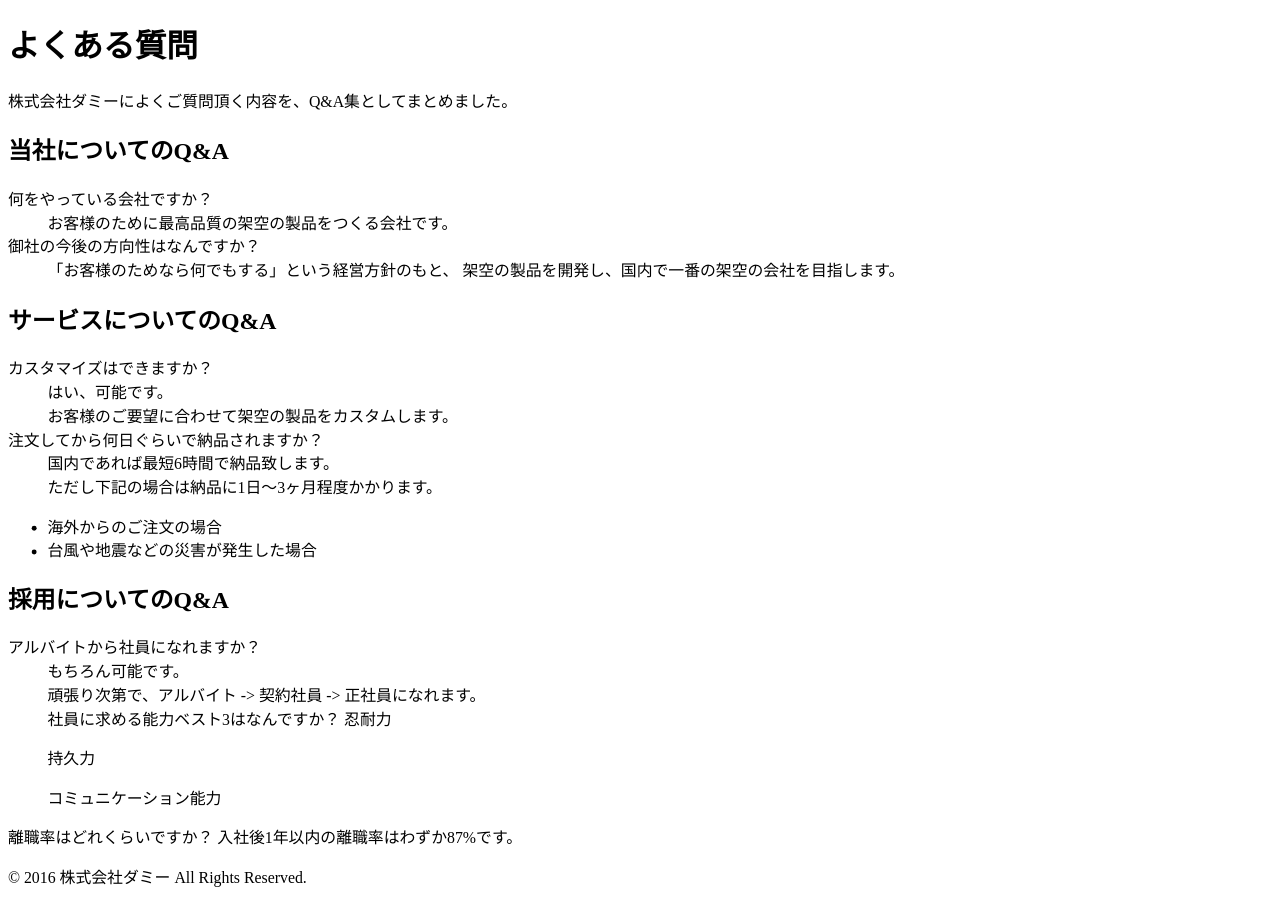
Repository: winc1980/practice-hp2022-wednesday
Page: ruka/practice1.html
The author's editor kept a copy of each file at every save. The page is drawn from the files as they stood at one save, then again after a run of saves.
The browser window is 1280 px wide. The pictures show the whole page, at 99% of full size.

Above is the page before, as saved 2022-05-26 00:27:52.

### ruka/practice1.html
<!DOCTYPE html>
<html lang="ja">
<head>
    <meta charset="UTF-8">
    <meta http-equiv="X-UA-Compatible" content="IE=edge">
    <meta name="viewport" content="width=device-width, initial-scale=1.0">
    <title>よくある質問 | 架空の株式会社ダミー</title>
</head>
<body>
    <h1>よくある質問</h1>

<p>
株式会社ダミーによくご質問頂く内容を、Q&A集としてまとめました。
</p>

<h2>当社についてのQ&A</h2>


何をやっている会社ですか？
<dd>
お客様のために最高品質の架空の製品をつくる会社です。
</dd>

御社の今後の方向性はなんですか？
<dd>
「<span>お客様のためなら何でもする</span>」という経営方針のもと、
架空の製品を開発し、<span font-weight="400">国内で一番の架空の会社を目指します。</span>
</dd>


<h2>サービスについてのQ&A</h2>

カスタマイズはできますか？
<dd>
はい、可能です。<br>
お客様のご要望に合わせて架空の製品をカスタムします。
</dd>

注文してから何日ぐらいで納品されますか？
<dd>
国内であれば最短6時間で納品致します。<br>
ただし下記の場合は納品に1日〜3ヶ月程度かかります。
</dd>
<ul>
<li>
海外からのご注文の場合
</li>
<li>
台風や地震などの災害が発生した場合
</li>
</ul>
<h2>採用についてのQ&A</h2>

アルバイトから社員になれますか？
<dd>
もちろん可能です。<br>
頑張り次第で、アルバイト -> 契約社員 -> 正社員になれます。
<dd>
社員に求める能力ベスト3はなんですか？

<l>忍耐力</l>
<dl>持久力</dl>
<dl>コミュニケーション能力</dl>
</dd>


離職率はどれくらいですか？
入社後1年以内の離職率は<span>わずか</span>87%です。
<p>
© 2016 株式会社ダミー All Rights Reserved.
</p>
</body>
</html>

After the next 2 saves:
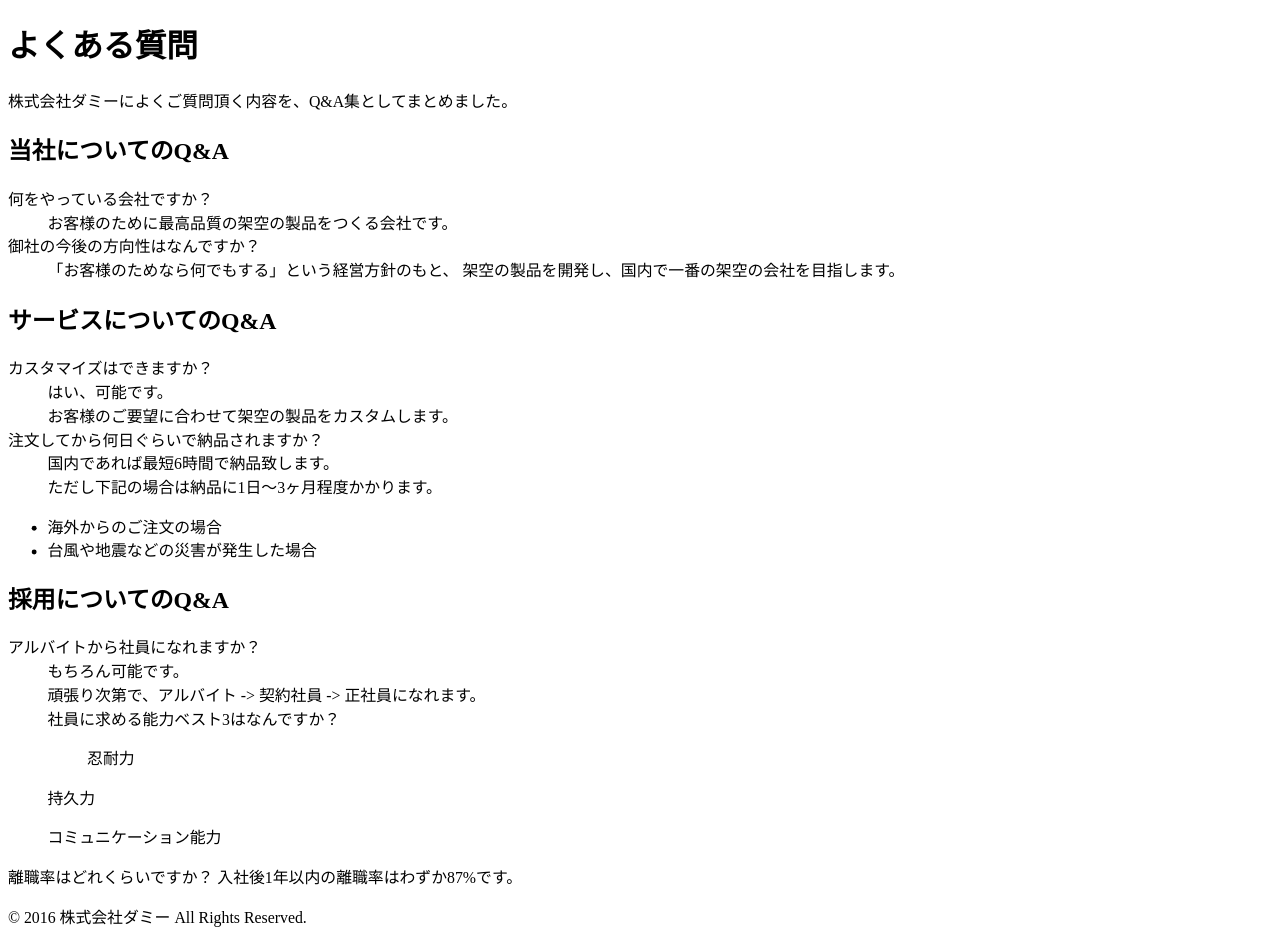
The 2 saves are shown as one change because they came seconds apart.
The last was saved 6 s later.
--- a/ruka/practice1.html
+++ b/ruka/practice1.html
@@ -58,7 +58,7 @@
 <dd>
 社員に求める能力ベスト3はなんですか？
 
-<l>忍耐力</l>
+<ol>忍耐力</ol>
 <dl>持久力</dl>
 <dl>コミュニケーション能力</dl>
 </dd>

After the 2 saves that followed:
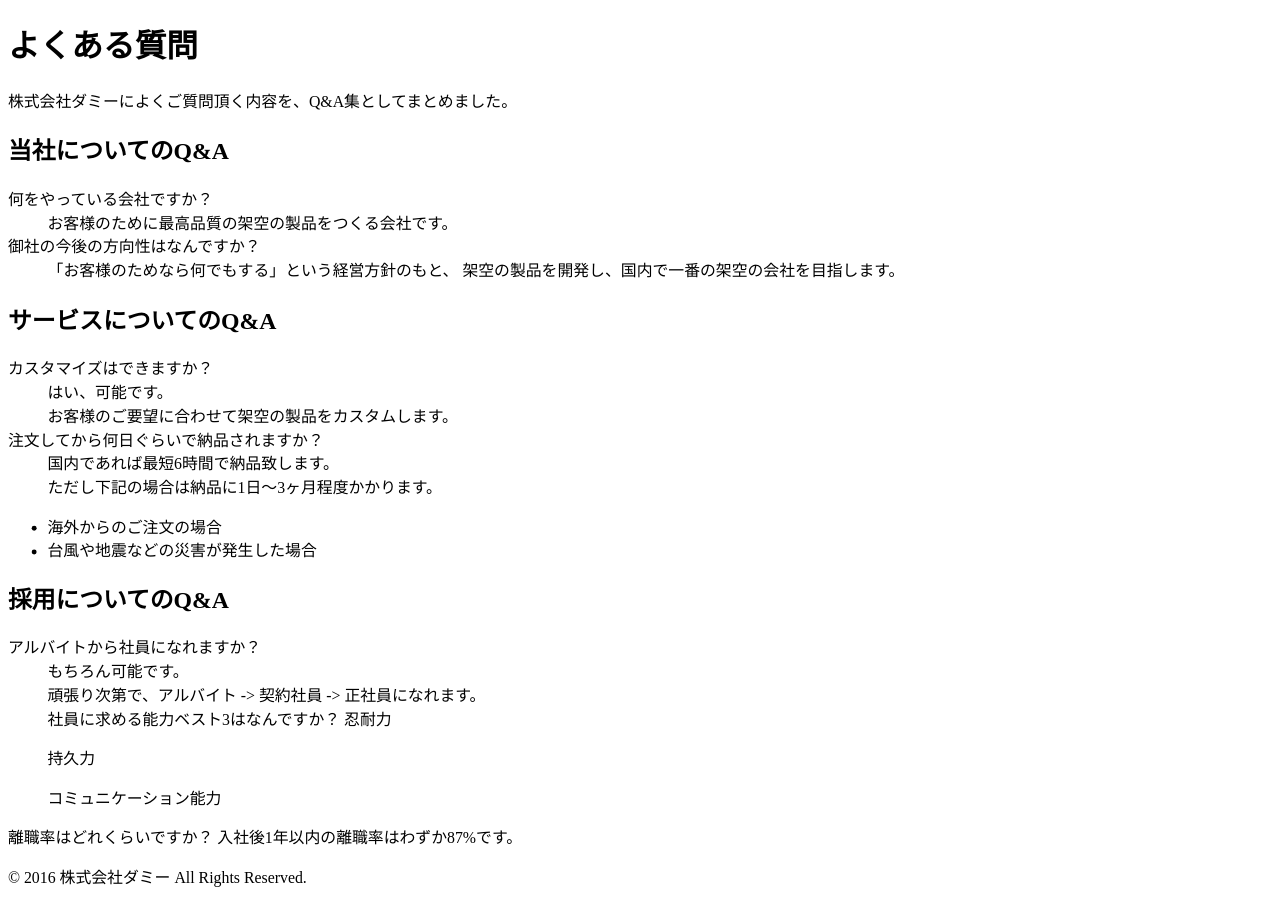
The 2 saves are shown as one change because they came seconds apart.
The last was saved 11 s later.
--- a/ruka/practice1.html
+++ b/ruka/practice1.html
@@ -58,7 +58,7 @@
 <dd>
 社員に求める能力ベスト3はなんですか？
 
-<ol>忍耐力</ol>
+<od>忍耐力</od>
 <dl>持久力</dl>
 <dl>コミュニケーション能力</dl>
 </dd>
